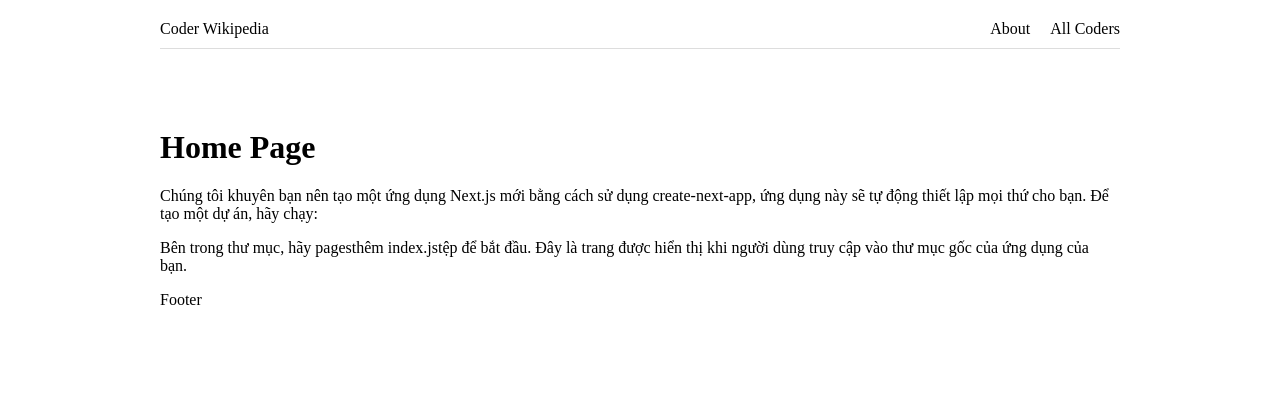
Repository: DuckyNumberONS/H-c-Next-Js
Page: / (app in my-app/)
The author's editor kept a copy of each file at every save. The page is drawn from the files as they stood at one save, then again after a run of saves.
The browser window is 1280 px wide. The pictures show the whole page.
Some web fonts or font styles are not loaded; a fallback is used. The project was rebuilt for these pictures with package versions that can differ from the ones it lists, and the page was loaded fresh each time. The framework's server and built-in components were replaced by stand-ins that run in the browser. Also part of the build but not shown: my-app/next.config.js.

Above is the page before, as saved 2022-09-22 09:13:16.

After the next 12 saves:
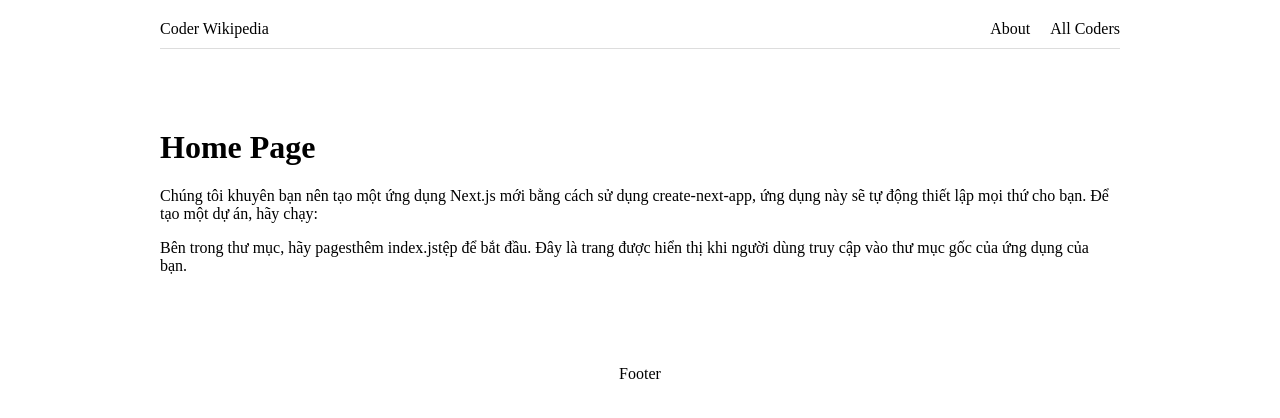
The 12 saves are shown as one change because they came seconds apart.
The last was saved 40 s later.
--- a/my-app/styles/globals.css
+++ b/my-app/styles/globals.css
@@ -23,3 +23,10 @@ nav{
 nav a:not(:first-child){
   margin-left: 20px;
 }
+footer{
+  display: block;
+  text-align: center;
+  padding: 30px 0;
+  margin-top: 60px;
+  color: ;
+}
